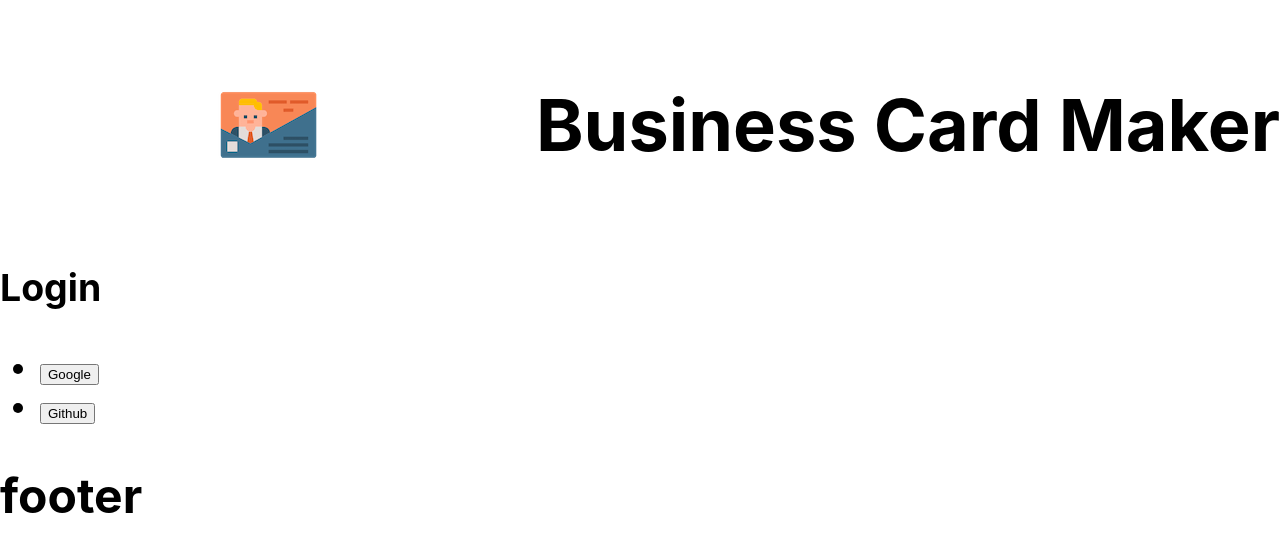
Repository: gomgomigom/firebase_practice_card_maker
Page: /
The author's editor kept a copy of each file at every save. The page is drawn from the files as they stood at one save, then again after the next save.
The browser window is 1280 px wide. The pictures show the whole page.
The page's requests for data from a server got no answer. The project was rebuilt for these pictures with package versions that can differ from the ones it lists, and the page was loaded fresh each time. No one was signed in, and anything a server would have sent is missing. Also part of the build but not shown: src/app.css.

Above is the page before, as saved 2022-01-21 13:29:50.

After the next save:
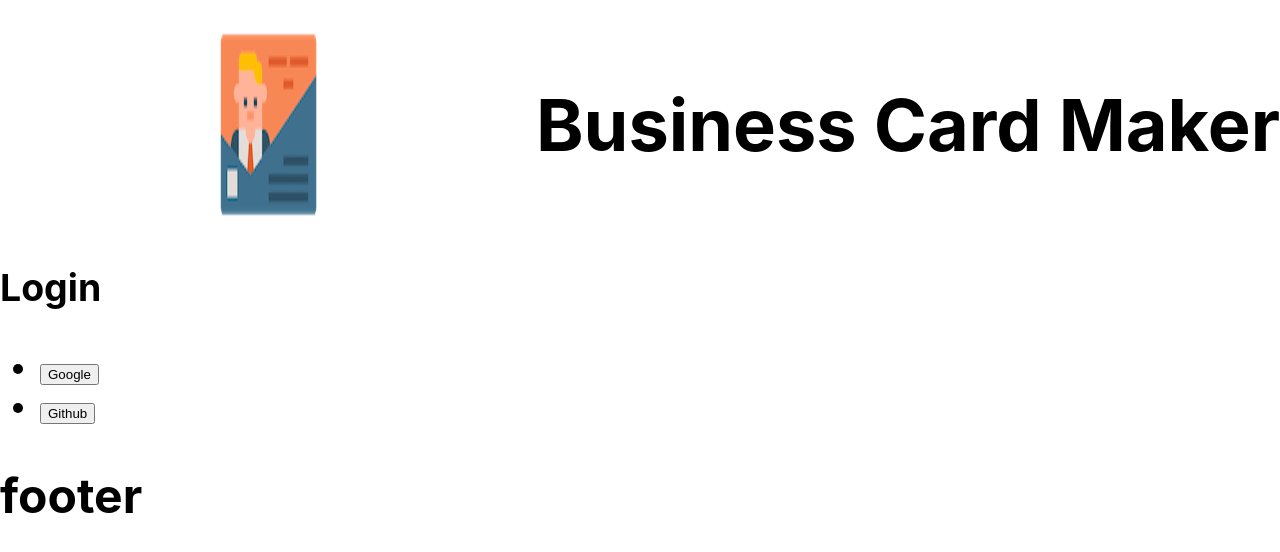
Saved 9 s later.
--- a/src/components/header/header.module.css
+++ b/src/components/header/header.module.css
@@ -11,7 +11,7 @@
 }
 
 .logo {
-  margin: auto;
+  margin: 0.5rem auto;
 }
 
 .title {

After the 2 saves that followed:
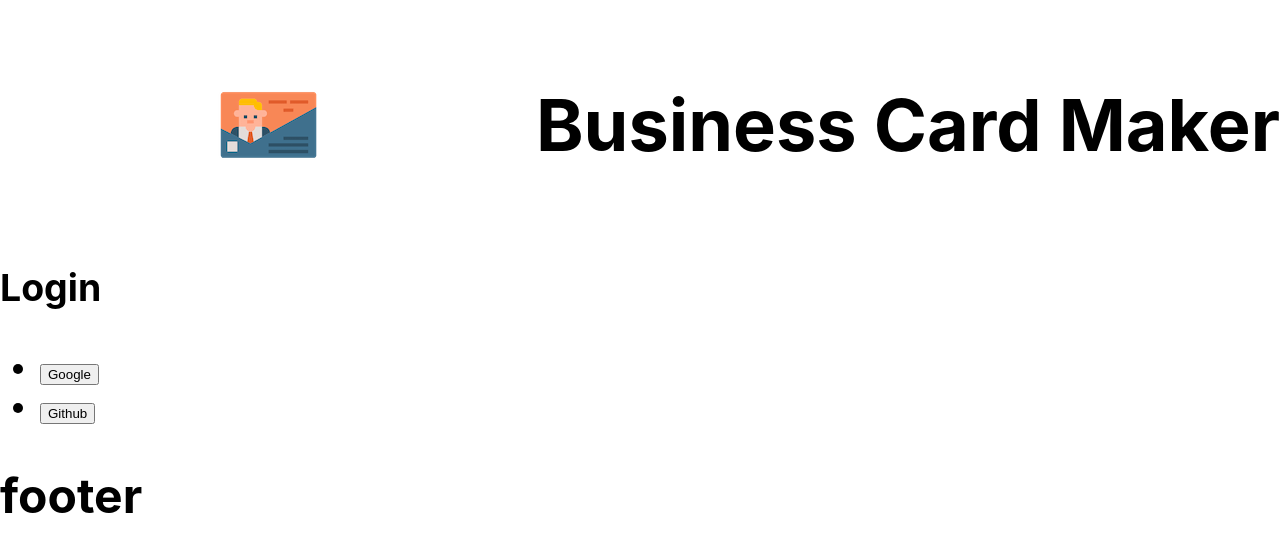
The 2 saves are shown as one change because 1 left the picture as it was.
The last was saved 62 s later.
--- a/src/components/header/header.module.css
+++ b/src/components/header/header.module.css
@@ -6,6 +6,7 @@
 .header {
   display: flex;
   flex-wrap: wrap;
+  align-items: center;
   font-size: 3rem;
   background-color: makerGreen;
 }
@@ -16,5 +17,4 @@
 
 .title {
   color: makerWhite;
-  text-align: center;
 }
